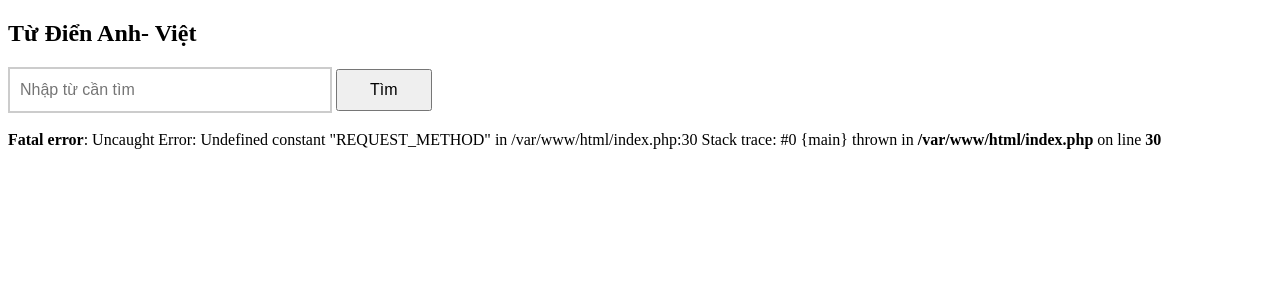
Repository: NGUYEN112/Module2
Page: http://localhost/
An editor plug-in stored every save of this project. The page is shown before and after the next save, followed by the edit.
The browser window is 1280 px wide. The pictures show the whole page.
The page is run by PHP 8.4 with error messages shown; the project is at /var/www/html/.

Above is the page before, as saved 2021-01-15 08:56:58.

### bai4-tudien/index.php
<!DOCTYPE html>
<html lang="en">
<head>
    <meta charset="UTF-8">
    <meta name="viewport" content="width=device-width, initial-scale=1.0">
    <title>Document</title>
</head>
<style>
input[type = text] {
    width: 300px;
    font-size:16px;
    border:2px solid #ccc;
    boder-radius:4px;
    padding:12px 10px 12px 10px;
}
#submit {
    boder-radius: 2px;
    padding: 10px 32px;
    font-size:16px;
}
</style>
<body>
    <h2>Từ Điển Anh- Việt</h2>
    <form method="post">
    <input type="text" name="search" placeholder="Nhập từ cần tìm">
    <input type="submit" id="submit" value="Tìm">
    </form>
    <?php
    $dictionary = array("hello"=>"xin chào", "how"=>"thế nào", "book"=>"quyển vở", "susan0175"=> "thầy ba" ,"lose" =>"sela");
    if ($_SERVER[REQUEST_METHOD] == "POST") {
        $searchword = $POST["search"];
        $flag = 0;
        foreach ($dictionary as $word => $description) {
            if ($word == $searchword) {
                echo "Từ: " .$word . ".<br/> Nghĩa của từ: ".$description;
                echo "<br/>";
                $flag = 1;
            }
        }
        if ($flag == 0) {
            echo "Không tìm thấy từ cần tra.";
        }
    }
    ?>
</body>
</html>

After the next save:
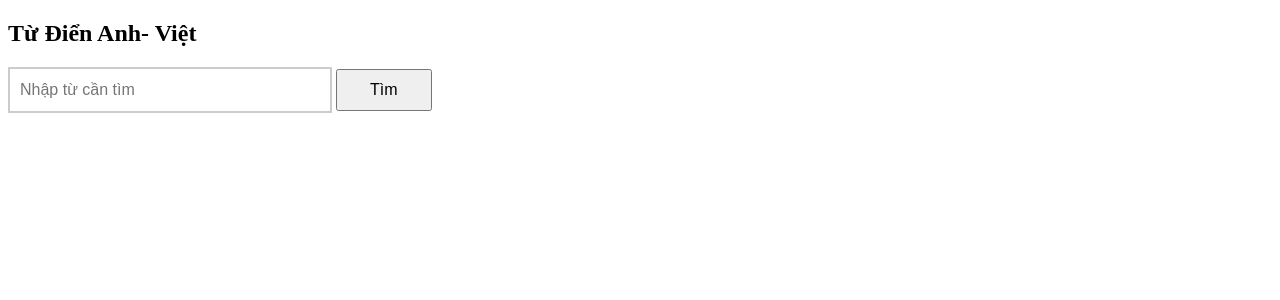
Saved 2 min 17 s later.
--- a/bai4-tudien/index.php
+++ b/bai4-tudien/index.php
@@ -27,20 +27,21 @@ input[type = text] {
     </form>
     <?php
     $dictionary = array("hello"=>"xin chào", "how"=>"thế nào", "book"=>"quyển vở", "susan0175"=> "thầy ba" ,"lose" =>"sela");
-    if ($_SERVER[REQUEST_METHOD] == "POST") {
-        $searchword = $POST["search"];
+    if ($_SERVER["REQUEST_METHOD"] == "POST") {
+        $searchword = $_POST["search"];
         $flag = 0;
-        foreach ($dictionary as $word => $description) {
-            if ($word == $searchword) {
-                echo "Từ: " .$word . ".<br/> Nghĩa của từ: ".$description;
-                echo "<br/>";
-                $flag = 1;
-            }
+        foreach($dictionary as $word => $description) {
+           if($word == $searchword){
+              echo "Từ: " . $word . ". <br/>Nghĩa của từ: " . $description;
+              echo "<br/>";
+              $flag = 1;
+           }
         }
-        if ($flag == 0) {
-            echo "Không tìm thấy từ cần tra.";
+
+        if($flag == 0){
+           echo "Không tìm thấy từ cần tra.";
         }
-    }
-    ?>
+      }
+      ?>
 </body>
 </html>
